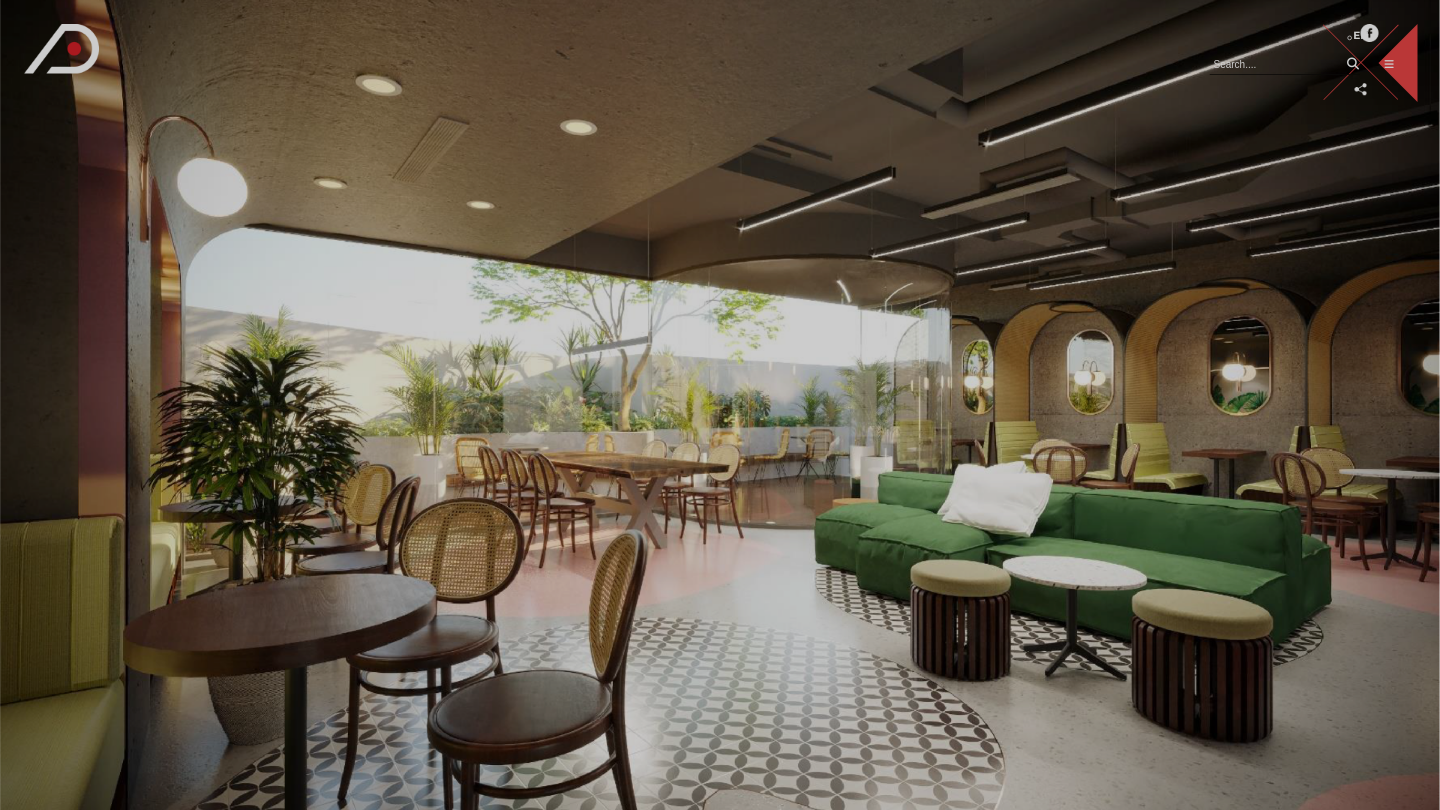
Repository: iphoneboy46/demoMonaFigma
Page: index.html
These files come from the project's save history. The page is drawn as it stood at one moment and after the next save; the edit follows.
The browser window is 1280 px wide. The page is 1920 px wide, so the pictures cover 1920 px, including what lies to the right of the window. The pictures show the whole page, at 75% of full size.
Some web libraries are served in a nearby version.

Above is the page before, as saved 2023-03-20 13:05:59.

After the next save:
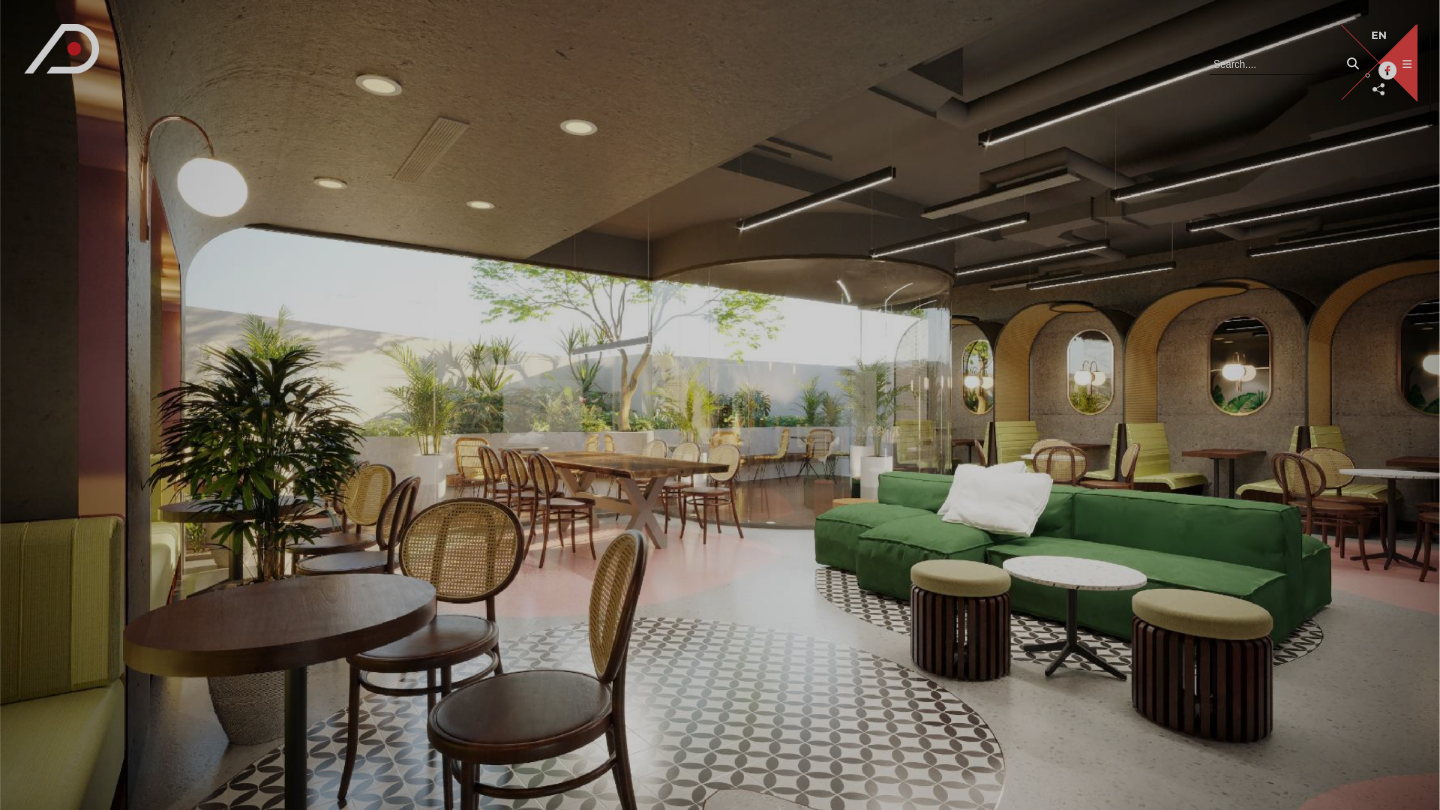
Saved 13 s later.
--- a/style.css
+++ b/style.css
@@ -212,5 +212,6 @@ header {
 }
 
 .header_menu--links{
-
-}
+    position: absolute;
+    top:50px;
+}
